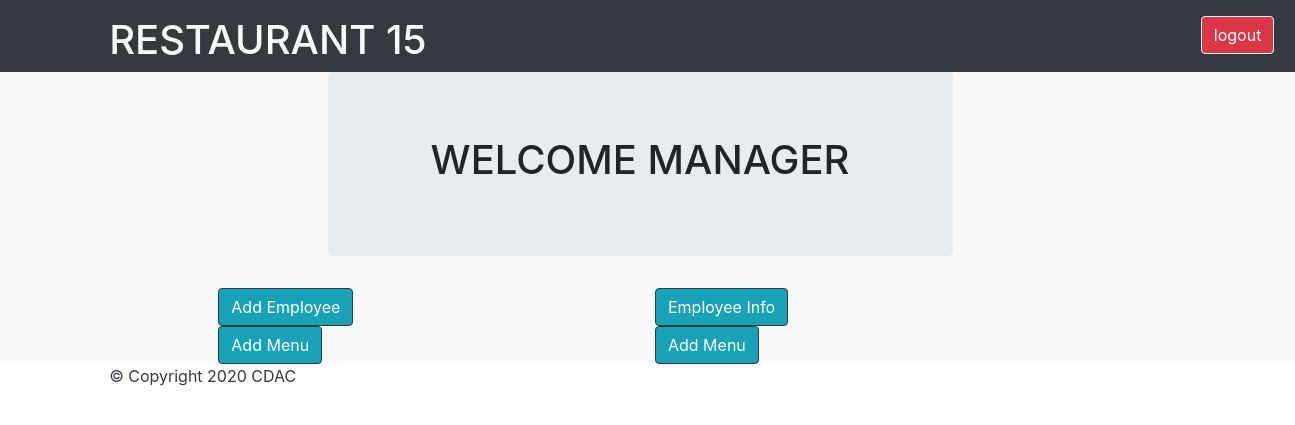
Repository: Pedaxx-IT-solution/E-Waiter-Stuff-
Page: http://localhost/ProjectEwaiter/WEB-INF/views/welcomemgr.jsp
These files come from the project's save history. The page is drawn as it stood at one moment and after the next save; the edit follows.
The browser window is 1280 px wide. The page is 1295 px wide, so the pictures cover 1295 px, including what lies to the right of the window. The pictures show the whole page.
The page is served by Tomcat 9. Nobody is signed in. The template is opened directly, without the code that normally fills it, so the values that code supplies are empty.

Above is the page before, as saved 2020-01-25 22:45:22.

After the next save:
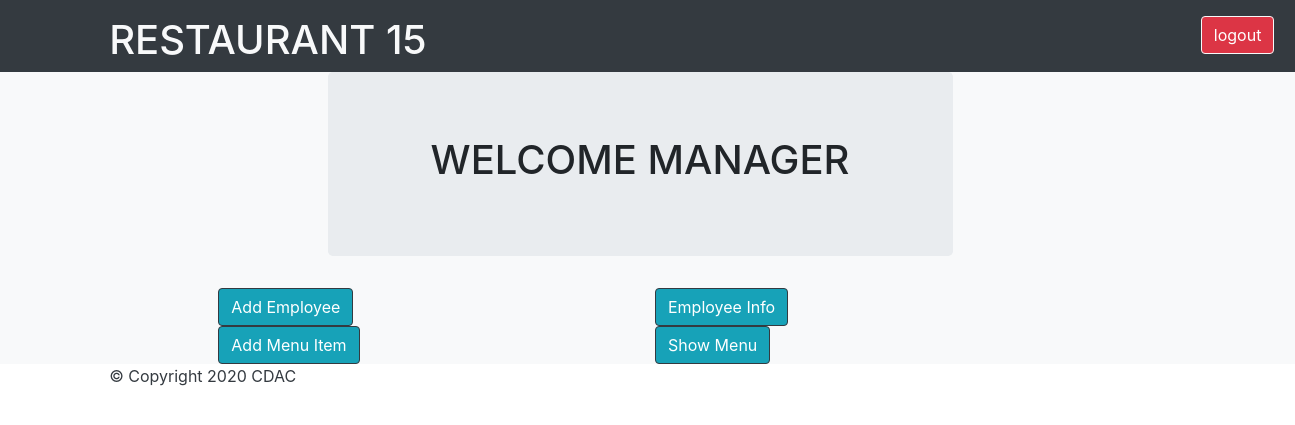
Saved 12 s later.
--- a/MyProject/ProjectEwaiter/src/main/webapp/WEB-INF/views/welcomemgr.jsp
+++ b/MyProject/ProjectEwaiter/src/main/webapp/WEB-INF/views/welcomemgr.jsp
@@ -64,13 +64,13 @@ response.setHeader("Expires", "0");
 			<div class="col-2"></div>
 			<div class="col-4">
 
-							<a href="/user/menu/addMenu" class="btn btn-info border-dark" role="button">Add Menu</a>
+							<a href="/user/menu/addMenu" class="btn btn-info border-dark" role="button">Add Menu Item</a>
 
 			</div>
 
 			<div class=" col-4">
 
-							<a href="/user/menu/showMenu" class="btn btn-info border-dark" role="button">Add Menu</a>
+							<a href="/user/menu/showMenu" class="btn btn-info border-dark" role="button">Show Menu</a>
 			</div>
 			<div class="col-2"></div>
 
